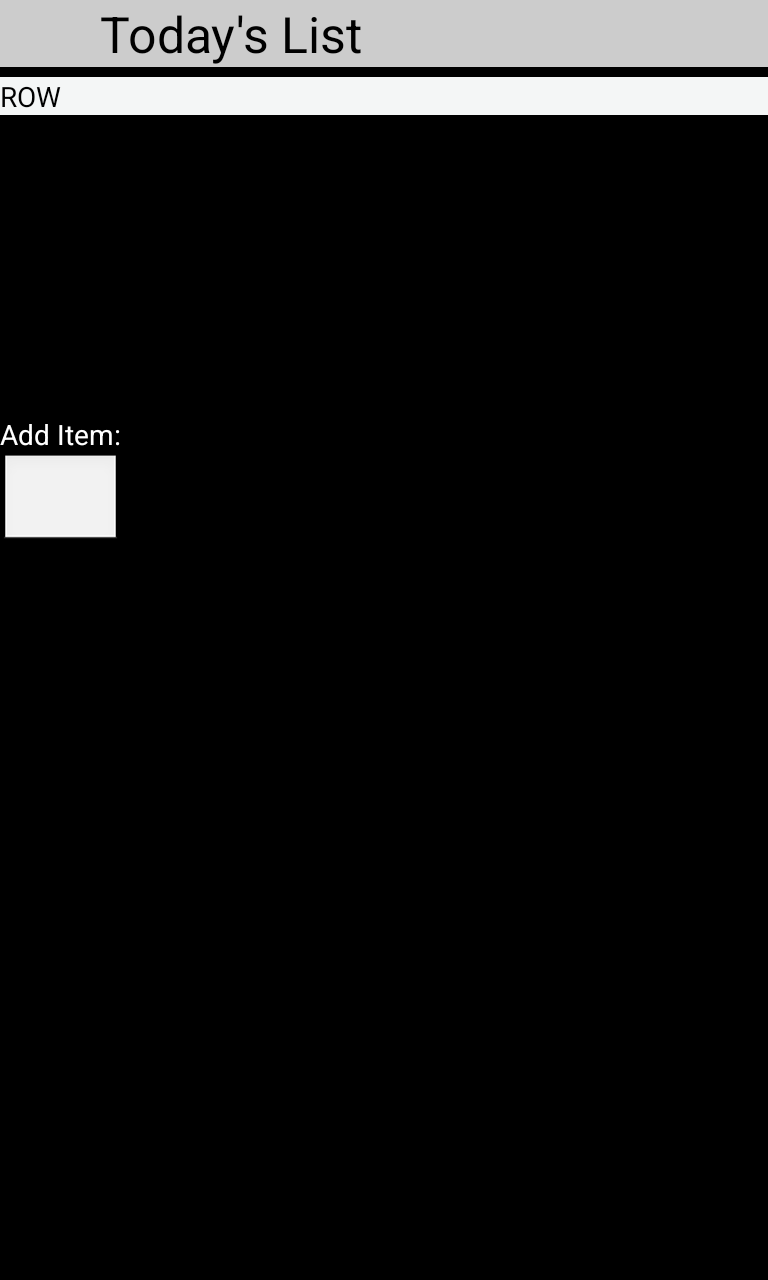
Repository: adatta02/comp194ma
Layout: hello_world/res/layout/main.xml
An editor plug-in stored every save of this project. The layout is shown before and after the next save, followed by the edit.
It is drawn on a 768 x 1280 px phone screen (xhdpi) without system bars, with theme android:Theme; the app's code is not run.

Above is the layout before, as saved 2009-02-03 05:38:47.

### hello_world/res/layout/main.xml
<?xml version="1.0" encoding="utf-8"?>
<LinearLayout xmlns:android="http://schemas.android.com/apk/res/android"
    android:orientation="vertical"
    android:layout_width="fill_parent"
    android:layout_height="fill_parent"
    >

<TextView android:id="@+id/TextView01" android:layout_height="wrap_content" android:text="Today's List" android:textSize="25sp" android:background="#cccccc" android:textColor="#000000" android:paddingLeft="100px" android:layout_width="fill_parent"></TextView><TableLayout android:id="@+id/TableLayout01" android:layout_width="fill_parent" android:layout_height="fill_parent" android:layout_marginTop="10px"><TableRow android:id="@+id/TableRow01" android:layout_height="fill_parent" android:layout_width="fill_parent" android:background="#F4F6F6"><TextView android:id="@+id/TextView02" android:text="ROW" android:layout_height="fill_parent" android:layout_width="fill_parent" android:textColor="#000000"></TextView>
</TableRow>
<TableRow android:id="@+id/TableRow02" android:layout_width="wrap_content" android:layout_height="wrap_content" android:layout_marginTop="300px"><TextView android:id="@+id/TextView03" android:layout_width="wrap_content" android:layout_height="wrap_content" android:text="Add Item:" android:textColor="#ffffff"></TextView></TableRow>
<TableRow android:id="@+id/TableRow03" android:layout_width="wrap_content" android:layout_height="wrap_content"><EditText android:id="@+id/EditText01" android:layout_width="wrap_content" android:layout_height="wrap_content" android:editable="true"></EditText>
</TableRow>
</TableLayout>


</LinearLayout>

After the next save:
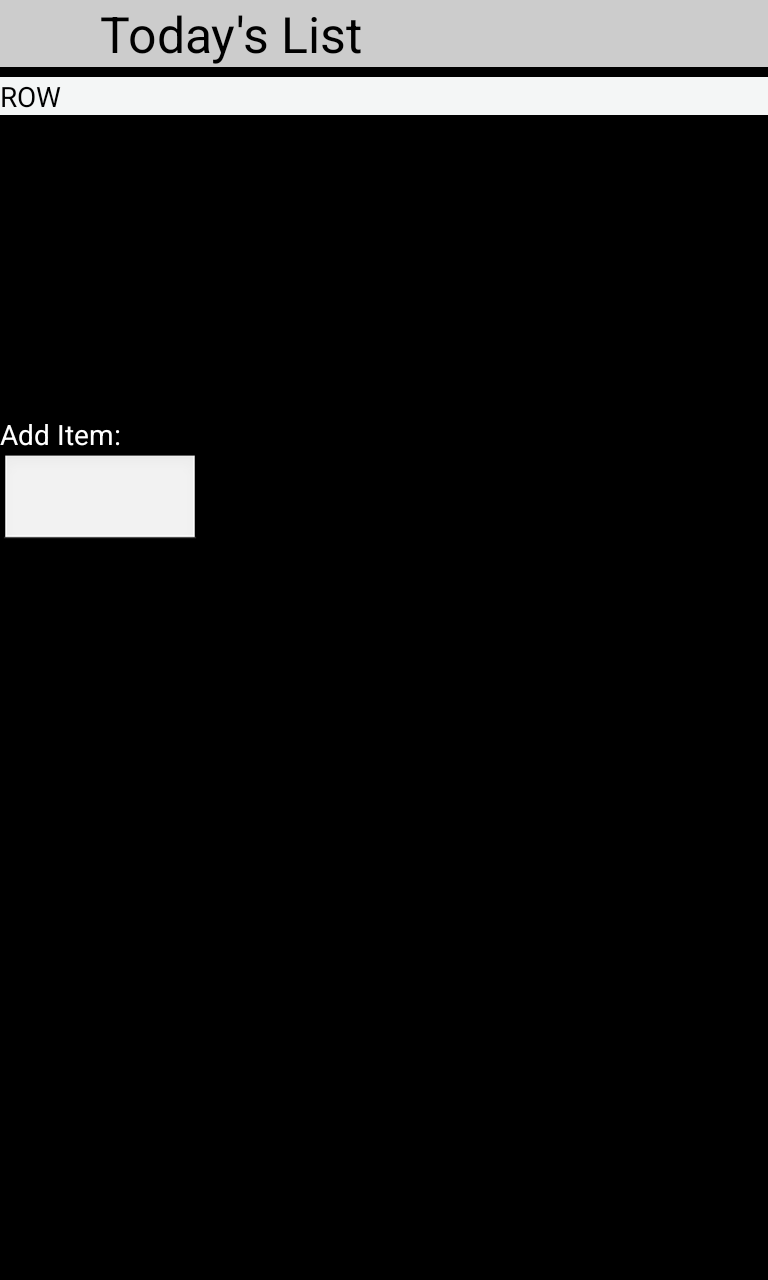
Saved 12 min 19 s later.
--- a/hello_world/res/layout/main.xml
+++ b/hello_world/res/layout/main.xml
@@ -8,7 +8,7 @@
 <TextView android:id="@+id/TextView01" android:layout_height="wrap_content" android:text="Today's List" android:textSize="25sp" android:background="#cccccc" android:textColor="#000000" android:paddingLeft="100px" android:layout_width="fill_parent"></TextView><TableLayout android:id="@+id/TableLayout01" android:layout_width="fill_parent" android:layout_height="fill_parent" android:layout_marginTop="10px"><TableRow android:id="@+id/TableRow01" android:layout_height="fill_parent" android:layout_width="fill_parent" android:background="#F4F6F6"><TextView android:id="@+id/TextView02" android:text="ROW" android:layout_height="fill_parent" android:layout_width="fill_parent" android:textColor="#000000"></TextView>
 </TableRow>
 <TableRow android:id="@+id/TableRow02" android:layout_width="wrap_content" android:layout_height="wrap_content" android:layout_marginTop="300px"><TextView android:id="@+id/TextView03" android:layout_width="wrap_content" android:layout_height="wrap_content" android:text="Add Item:" android:textColor="#ffffff"></TextView></TableRow>
-<TableRow android:id="@+id/TableRow03" android:layout_width="wrap_content" android:layout_height="wrap_content"><EditText android:id="@+id/EditText01" android:layout_width="wrap_content" android:layout_height="wrap_content" android:editable="true"></EditText>
+<TableRow android:id="@+id/TableRow03" android:layout_width="wrap_content" android:layout_height="wrap_content"><EditText android:id="@+id/EditText01" android:layout_width="wrap_content" android:layout_height="wrap_content" android:editable="true" android:width="200px"></EditText>
 </TableRow>
 </TableLayout>
 
